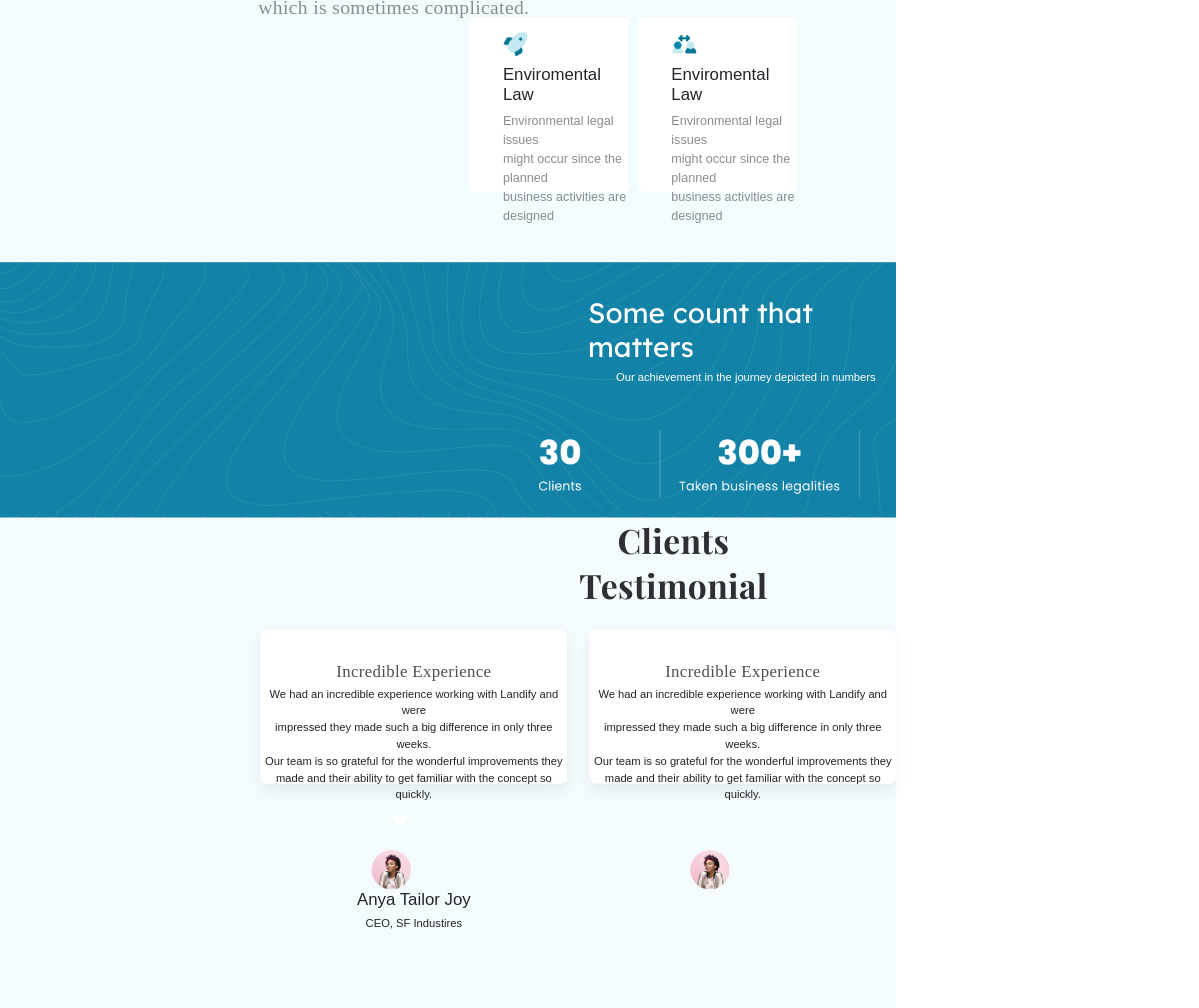
Repository: SAYYODTURINALIYEV/amaliy
Page: index.html
An editor plug-in stored every save of this project. The page is shown before and after the next save, followed by the edit.
The browser window is 1280 px wide. The page is 1713 px wide, so the pictures cover 1713 px, including what lies to the right of the window. The pictures show the part of the page from y = 1551 to 2991 px (the page is 2991 px tall), at 70% of full size.

Above is the page before, as saved 2022-05-20 17:32:48.

After the next save:
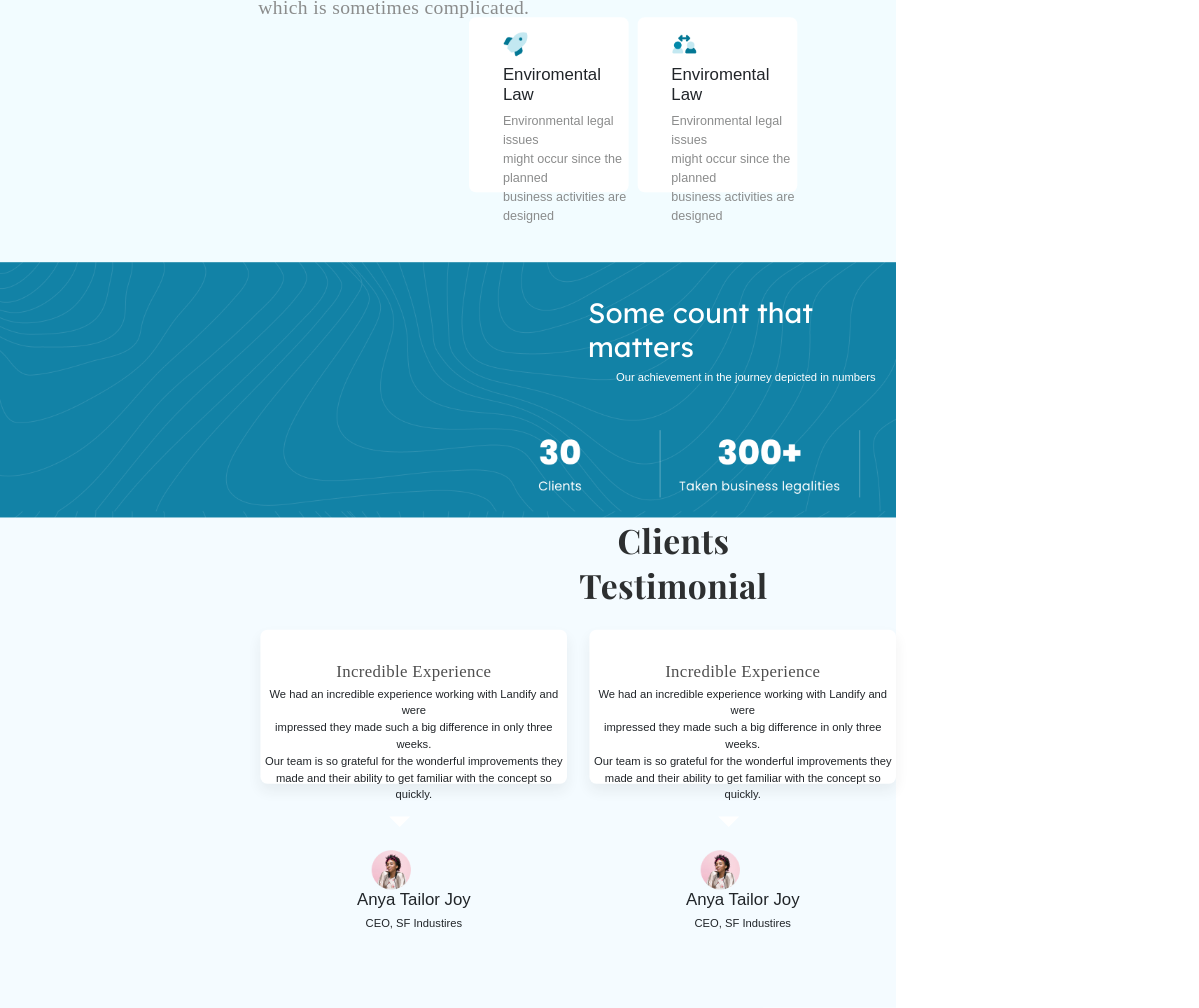
Saved 85 s later.
--- a/index.html
+++ b/index.html
@@ -120,6 +120,8 @@
             <p id="main2_1_p">We had an incredible experience working with Landify and were <br> impressed they made such a big difference in only three weeks. <br> Our team is so grateful for the wonderful improvements they <br> made and their ability to get familiar
                 with the concept so <br> quickly.</p>
             <img src="/images/Photo.png" alt="" id="main2_2_img">
+            <h4>Anya Tailor Joy</h4>
+            <p>CEO, SF Industires</p>
 
 
         </div>
